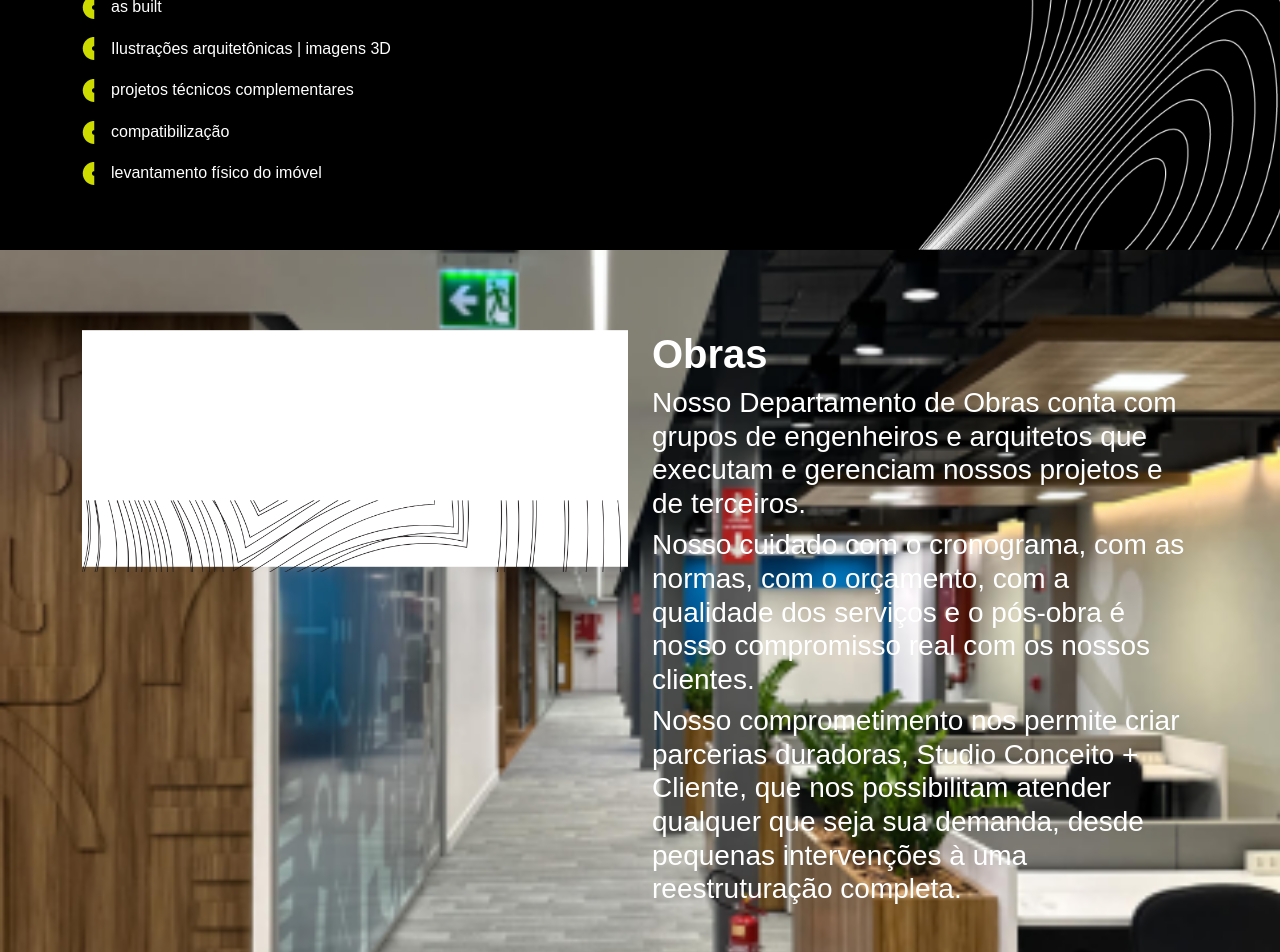
Repository: Upstairs-Agencia/studio-conceito-react
Page: /servicos
The author's editor kept a copy of each file at every save. The page is drawn from the files as they stood at one save, then again after the next save.
The browser window is 1280 px wide. The pictures show the part of the page from y = 2081 to 3033 px (the page is 3801 px tall before and 4087 px after).
The project was rebuilt for these pictures with package versions that can differ from the ones it lists, and the page was loaded fresh each time. Also part of the build but not shown: src/pages/Home.js, src/styles/quemsomos.css, src/pages/QuemSomos.js, src/styles/cases.css, src/pages/Cases.js, src/pages/Blog.js, src/pages/Clientes.js, src/pages/Contato.js.

Above is the page before, as saved 2024-12-29 21:42:28.

After the next save:
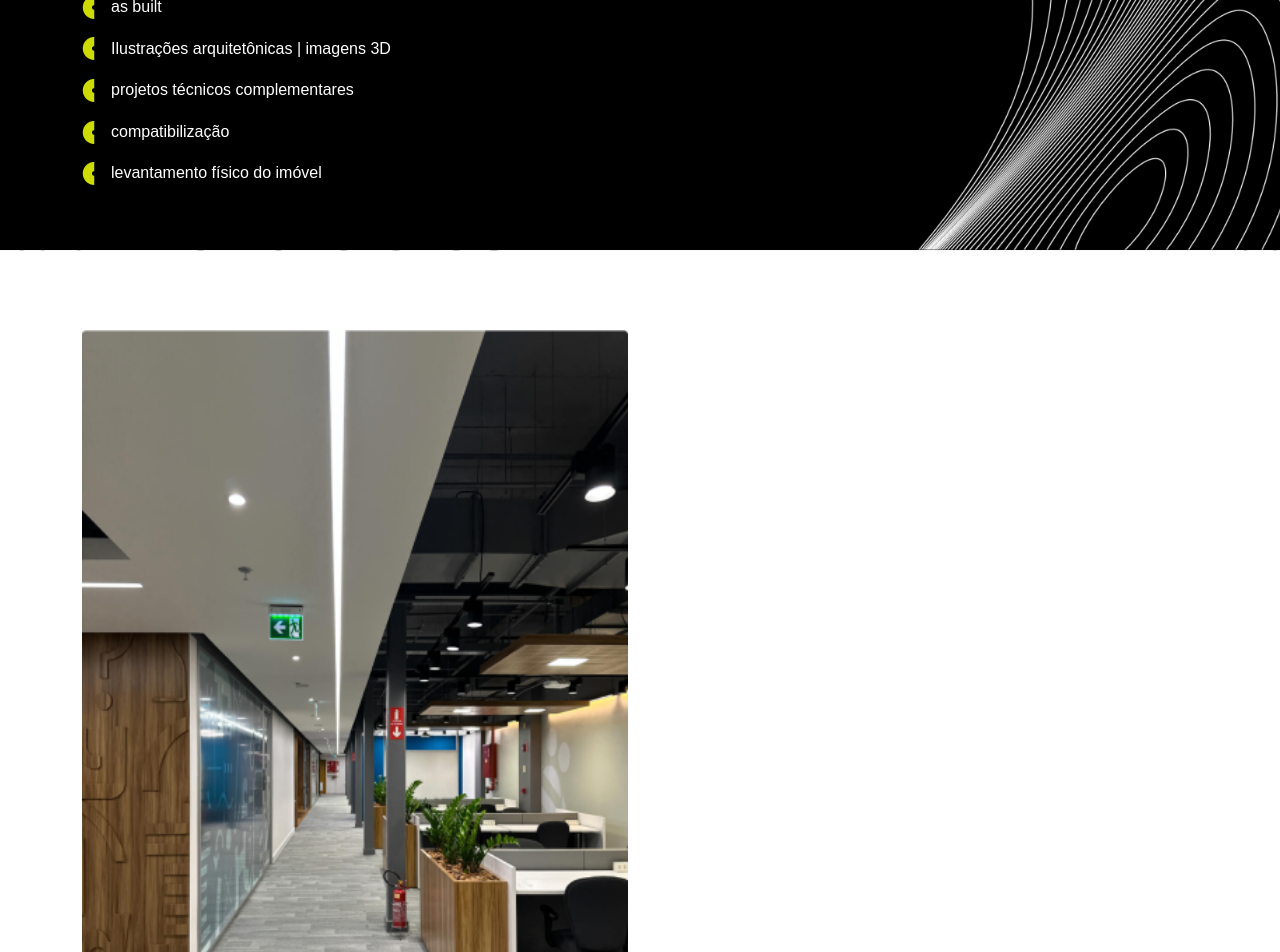
Saved 41 s later.
--- a/src/pages/Servicos.js
+++ b/src/pages/Servicos.js
@@ -134,7 +134,7 @@ const Servicos = () => {
       {/* Sessão Obras */}
       <section
         style={{
-          backgroundImage: `url(${escritorio})`,
+          backgroundImage: `url(${bgsession2})`,
           backgroundSize: 'cover',
           backgroundPosition: 'center',
           padding: '5rem 0',
@@ -144,7 +144,7 @@ const Servicos = () => {
           <MDBRow>
             <MDBCol md="6">
               <img
-                src={bgsession2}
+                src={escritorio}
                 alt="Obras"
                 style={{ width: '100%', height: 'auto' }}
               />
